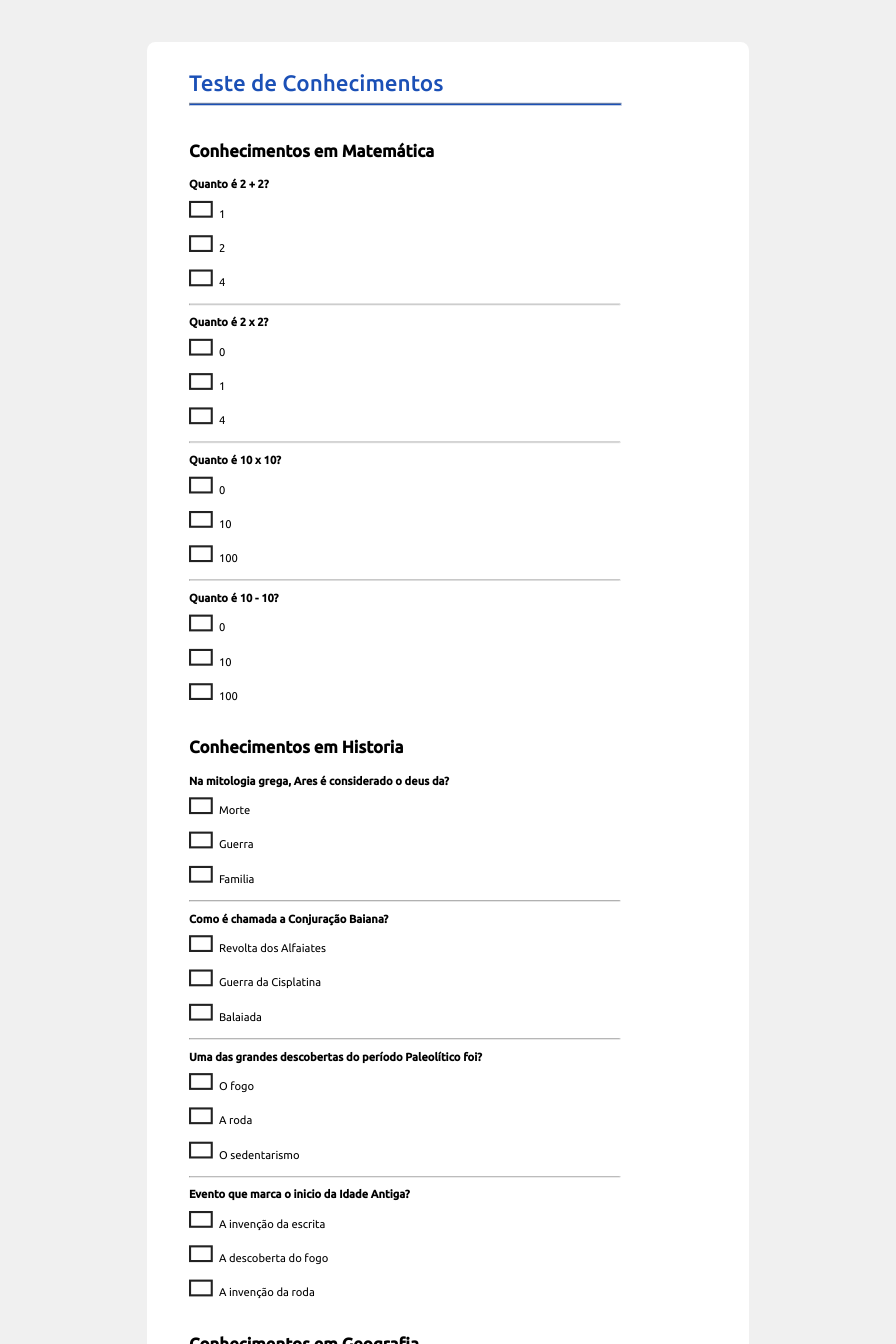
Repository: Delei09/desafioPerguntas
Page: / (app in frontend/)
These files come from the project's save history. The page is drawn as it stood at one moment and after the next save; the edit follows.
The browser window is 1280 px wide. The pictures show the part of the page from y = 0 to 1920 px (the page is 2936 px tall before and 2612 px after), at 70% of full size.
The project was rebuilt for these pictures with package versions that can differ from the ones it lists, and the page was loaded fresh each time. A package was used in the major version that the imports need, not the one package.json lists. Also part of the build but not shown: frontend/src/styles/resultado.scss, frontend/src/page/Resultado.tsx, frontend/src/styles/gabarito.scss, frontend/src/page/Gabarito.tsx.

Above is the page before, as saved 2021-08-18 21:49:06.

### frontend/public/index.html
<!DOCTYPE html>
<html lang="Pt-Br">
  <head>
    <meta charset="utf-8" />
    <meta name="viewport" content="width=device-width, initial-scale=1" />
    <meta name="theme-color" content="#000000" />
    <link rel="preconnect" href="https://fonts.googleapis.com">
    <link rel="preconnect" href="https://fonts.gstatic.com" crossorigin>
    <link href="https://fonts.googleapis.com/css2?family=Ubuntu:wght@400;500&display=swap" rel="stylesheet">

    <title>Desafio Inatel</title>
  </head>
  <body>
    <noscript>You need to enable JavaScript to run this app.</noscript>
    <div id="root"></div>
  </body>
</html>

### frontend/src/index.tsx
import React from 'react';
import ReactDOM from 'react-dom';
import App from './App';
import './styles/global.scss'

ReactDOM.render(
  <React.StrictMode>
    <App />
  </React.StrictMode>,
  document.getElementById('root')
);

### frontend/src/App.tsx
import Rotas from './Rotas';
import ContextPerguntas  from './contexto/PerguntasContext';
import {BrowserRouter } from 'react-router-dom'


const perguntasMatematica= [  {
  pergunta: 'Quanto é 2 + 2?',
  options: [
    "1",
    "2",
    "4",
  ],
  resposta: "4",
  id: 'p1',
},{
  pergunta: 'Quanto é 2 x 2?',
  options: [
    "0",
    "1",
    "4",
  ],
  resposta: "4",
  id: 'p2',
},{
  pergunta: 'Quanto é 10 x 10?',
  options: [
    "0",
    "10",
    "100",
  ],
  resposta: "100",
  id: 'p3',
},{
  pergunta: 'Quanto é 10 - 10?',
  options: [
    "0",
    "10",
    "100",
  ],
  resposta: "0",
  id: 'p4',
}]

const perguntasHistoria= [  {
  pergunta: 'Na mitologia grega, Ares é considerado o deus da?',
  options: [
    "Morte",
    "Guerra",
    "Familia",
  ],
  resposta: "Guerra",
  id: 'p1',
},{
  pergunta: 'Como é chamada a Conjuração Baiana?',
  options: [
    "Revolta dos Alfaiates",
    "Guerra da Cisplatina",
    "Balaiada",
  ],
  resposta: "Revolta dos Alfaiates",
  id: 'p2',
},{
  pergunta: 'Uma das grandes descobertas do período Paleolítico foi?',
  options: [
    "O fogo",
    "A roda",
    "O sedentarismo",
  ],
  resposta: "O fogo",
  id: 'p3',
},{
  pergunta: 'Evento que marca o inicio da Idade Antiga?',
  options: [
    "A invenção da escrita",
    "A descoberta do fogo",
    "A invenção da roda",
  ],
  resposta: "A invenção da escrita",
  id: 'p4',
}]


const perguntasGeografia= [  {
  pergunta: 'Qual é a capital do Acre?',
  options: [
    "Rio Branco",
    "Rio de janeiro",
    "Palmas",
  ],
  resposta: "Rio Branco",
  id: 'p1',
},{
  pergunta: 'O Brasil é de qual continente?',
  options: [
    "America do norte",
    "America do sul",
    "Europa",
  ],
  resposta: "America do sul",
  id: 'p2',
},{
  pergunta: 'Qual a capital da Guatemala?',
  options: [
    "Guatemala",
    "Lisboa",
    "Madagascar",
  ],
  resposta: "Guatemala",
  id: 'p3',
},{
  pergunta: 'Quantos países tem a América?',
  options: [
    "37",
    "50",
    "23",
  ],
  resposta: "37",
  id: 'p4',
}]

function App() {


  return (
    <div className="App">
      <BrowserRouter>
        <ContextPerguntas.Provider  value = { {perguntasMatematica, perguntasHistoria, perguntasGeografia } } >
            <Rotas />
      </ContextPerguntas.Provider>
      </BrowserRouter>

    </div>
  );
}

export default App;

### frontend/src/styles/global.scss
*{
 margin:0;
 padding:0;
 box-sizing: border-box;
 text-decoration: none;
}
body{
 font-family: 'Ubuntu', sans-serif;
 background: #F0F0F0;

}
.App{
 padding-left: 60px ;
 padding-top: 40px;
 background: #FFFFFF;
 max-width: 860px;
 height: 100%;
 min-height: 500px;
 border-radius: 12px;
 margin:60px auto;
}


input[type='radio'] {
all: unset;
content: '';
position: relative;
padding: 0px 5px;
background-color: white;
border: solid #222222 3px;
height: 18px;
width: 18px;
margin-right: 5px;


}
input[type='radio']:checked {
 content: 's';
 color: white;
 background-repeat:space;
 background-size: cover;
 background-image: url('../img/backgroundRadio.png');


 }

### frontend/src/Rotas.tsx
import React from 'react';
import { useState } from 'react';
import Home from './page/Home';
import { Route, Switch  } from 'react-router-dom'
import Resultado from './page/Resultado';
import Gabarito from './page/Gabarito';


const Rotas = () => {
 const [respMat, setRespMat] = useState<string>('inicio')
 const [respHis, setRespHis] = useState<string>('inicio')
 const [respGeo, setRespGeo] = useState<string>('inicio')
console.log(respGeo)
 return(
    <Switch>
       <Route exact  path = '/'>
           <Home setMat = {setRespMat} setHis = {setRespHis}  setGeo = {setRespGeo} />
      </Route>
      <Route  path = '/resultado'>
          <Resultado />
      </Route>
      <Route  path = '/gabarito'>
          <Gabarito />
      </Route>
  </Switch>

 )
} ;

export default Rotas;

### frontend/src/contexto/PerguntasContext.ts
import { createContext} from 'react'

type perguntaType =  {
 pergunta: string;
 options: string[];
 resposta: string;
 id: string;
}[]

type contextType = {
 perguntasHistoria : perguntaType,
 perguntasMatematica : perguntaType,
 perguntasGeografia : perguntaType,
 resposta? : object,
 setResposta? : object
}
const ContextPerguntas   = createContext<contextType>( {} as contextType)
export default ContextPerguntas

### frontend/src/page/Home.tsx
import React , {useContext , useState}from 'react';
import Header from '../components/Header'
import ContainerMain  from '../components/ContainerMain';
import ContextPerguntas from '../contexto/PerguntasContext';
import {useHistory} from 'react-router-dom'
import '../styles/home.scss'

const Home = (props : any) => {


type respostaType = {
   p1 : string ,
   p2 : string ,
   p3 : string ,
   p4 : string ,
}

const inicialResposta= {
   p1 : '' ,
   p2 : '' ,
   p3 : '' ,
   p4 : '' ,
}
   const [respostaMatematica , setRespostaMatematica] =  useState<respostaType>(inicialResposta)
   const [respostaHistoria , setRespostaHistoria] =  useState<respostaType>(inicialResposta)
   const [respostaGeografia , setRespostaGeografia] =  useState<respostaType>(inicialResposta)
   const {perguntasMatematica, perguntasHistoria, perguntasGeografia}  = useContext(ContextPerguntas)
   const [erro, setErro] = useState<string>('')
   let history = useHistory()

   function estado(){


      if(respostaGeografia.p1 === '' || respostaGeografia.p2 === '' || respostaGeografia.p3 === '' || respostaGeografia.p4 === '' ||
      respostaHistoria.p1 === '' || respostaHistoria.p2 === '' || respostaHistoria.p3 === '' || respostaHistoria.p4 === '' ||
      respostaMatematica.p1 === '' || respostaMatematica.p2 === '' || respostaMatematica.p3 === '' || respostaMatematica.p4 === ''){
         setErro('Preencha todas as respostas')

      }else{
         setErro('')
         props.setMat(respostaMatematica)
         props.setHis(respostaHistoria)
         props.setGeo(respostaGeografia)
         history.push('/resultado')

      }

   }
 return(
<>
   <Header titulo = 'Teste de Conhecimentos' />

   <ContainerMain titulo = 'Conhecimentos em Matemática'>
      {perguntasMatematica.map( (questao,i ) => {
      return(
         <div key={questao.id}>
         <h4>{questao.pergunta}</h4>
         <div className = 'mainOpcao'>
         {questao.options.map( (option, i) => {
            return(
               <label key = {i}>  <input  type="radio" id = {questao.id} onChange = {(e: React.ChangeEvent<HTMLInputElement>)=> {
                  setRespostaMatematica({...respostaMatematica , [questao.id] : option  } )               } }
               name={`mat${questao.id}`} value= {option} /> {option}  </label>
            )
         })}
         </div>
         {i < 3 ? <hr/> : ''}
         </div>
      )
      })}
   </ContainerMain>
   <ContainerMain titulo = 'Conhecimentos em Historia'>

{perguntasHistoria.map((questao, i) => {
      return(
         <div key={questao.id}>
         <h4>{questao.pergunta}</h4>
         <div className = 'mainOpcao'>
         {questao.options.map( (option, i) => {
            return(
               <label key = {i}>  <input name={`his${questao.id}`} type="radio" id = {questao.id} onChange = {(e: React.ChangeEvent<HTMLInputElement>)=> {
                  setRespostaHistoria({...respostaHistoria , [questao.id] : option  } )               } }
               /> {option}  </label>
            )
         })}
         </div>
         {i < 3 ? <hr/> : ''}
         </div>
      )
      })}
   </ContainerMain>
   <ContainerMain titulo = 'Conhecimentos em Geografia'>

{perguntasGeografia.map((questao, i) => {
      return(
         <div key={questao.id}>
         <h4>{questao.pergunta}</h4>
         <div className = 'mainOpcao'>
         {questao.options.map( (option, i) => {
            return(
               <label key = {i}>  <input name={`geo${questao.id}`}type="radio" id = {questao.id} onChange = {(e: React.ChangeEvent<HTMLInputElement>)=> {
                  setRespostaGeografia({...respostaGeografia , [questao.id] : option  } )               } }
               /> {option}  </label>
            )
         })}
         </div>
         {i < 3 ? <hr/> : ''}
         </div>
      )
      })}
   </ContainerMain>
   <h4 className = 'erro'>{erro}</h4>
   <div className = 'divButton'>
      <a href = '#' >Cancelar</a>
      <button onClick = {estado}>Enviar</button>
   </div>
   </>
 )
}

export default Home

### frontend/src/components/Header.tsx
import React from 'react';
import '../styles/header.scss'


type headerType = {
 titulo: string;
}


const Header = (props : headerType) => {

 return(
  <header className="headerApp">
   {props.titulo}
   <hr className="headerLinha"/>
  </header>
 )
} ;

export default Header

### frontend/src/components/ContainerMain.tsx
import React from 'react';
import '../styles/containerMain.scss'

type mainType = {
 titulo : string
}


const Main: React.FC<mainType> = ({...props}) => {

 return(
  <section>
       <h2>{props.titulo}</h2>
       <div>
          {props.children}
       </div>

  </section>
 )
} ;

export  default Main;

### frontend/src/styles/home.scss
.divButton{
 display : flex;
 align-items: center;
 justify-content: flex-end;
 margin-right:73px;
 margin-top: 59px;
 padding-bottom: 54px;
 gap: 72px;

  button{
   height: 56px;
   width: 235px;
   border-radius: 8px;
   background: #1B50B6;
   color : white;
   font-size: 16px;
   font-style: normal;
   font-weight: 500;
   line-height: 18px;
   border : none ;

  }
}
.erro{
  color: red;
  margin-top: 15px;
}

### frontend/src/styles/header.scss
.headerApp{
 color: #1B50B6;
 font-size: 32px;
 font-style: normal;
 font-weight: 500;
 line-height: 37px;
 letter-spacing: 0em;
 text-align: left;
 width:100%;
 max-width: 618px;

 hr{
  margin-top:10px ;
  background: #1B50B6;
  height: 4px;
  width: 618px;
 }
}

### frontend/src/styles/containerMain.scss
section{
 display : flex;
 flex-direction: column;
 gap : 24px;

  >div{
   display : flex;
   flex-direction: column;
   gap : 15px;
   h4{
    margin-bottom: 15px;
   }
  }

 hr{
  background: #C4C4C4;
  height: 1px;
  max-width: 616px;
  margin-top: 22px;
 }
 h2{
  margin-top:51px
 }

}

.mainOpcao{
 display : flex;
 flex-direction: column;
 gap : 22px;
 input{
  margin-right: 5px;
 }
}

After the next save:
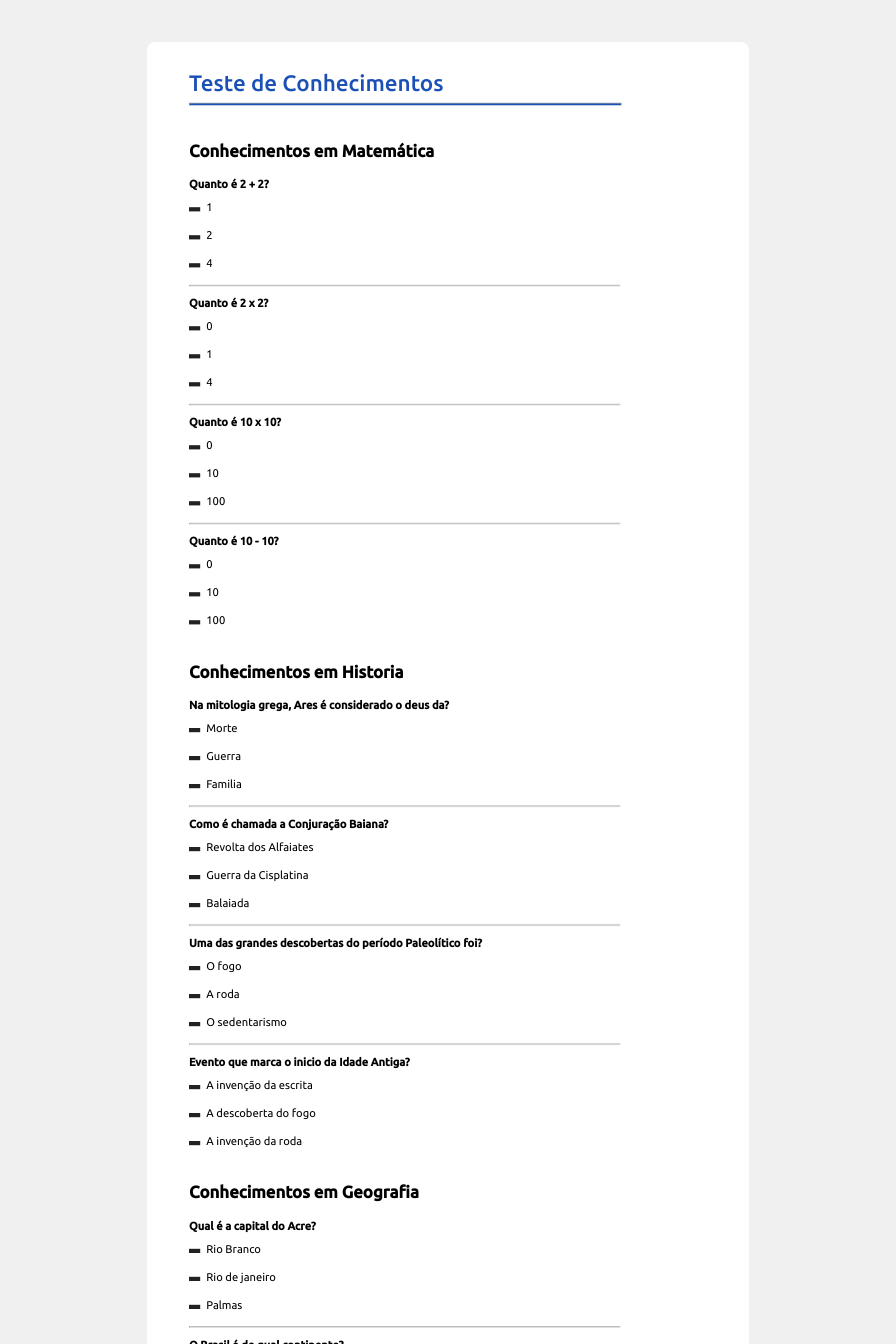
Saved 10 s later.
--- a/frontend/src/styles/global.scss
+++ b/frontend/src/styles/global.scss
@@ -28,8 +28,6 @@ position: relative;
 padding: 0px 5px;
 background-color: white;
 border: solid #222222 3px;
-height: 18px;
-width: 18px;
 margin-right: 5px;
 
 
